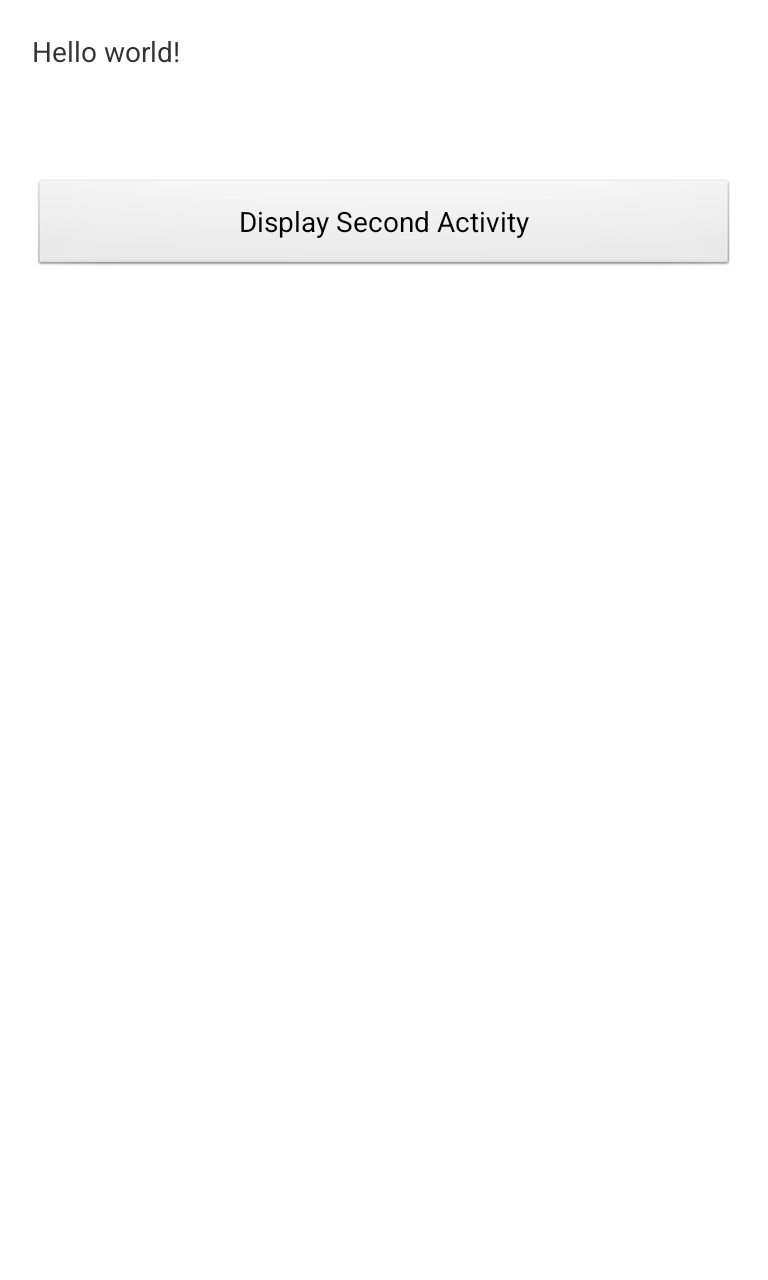
Repository: ApplucoJason/AndroidTest
Layout: MyFirstApp/res/layout/activity_main.xml
These files come from the project's save history. The layout is drawn as it stood at one moment and after the next save; the edit follows.
It is drawn on a 768 x 1280 px phone screen (xhdpi) without system bars, with theme AppTheme; the app's code is not run.

Above is the layout before, as saved 2013-09-04 13:19:29.

After the next save:
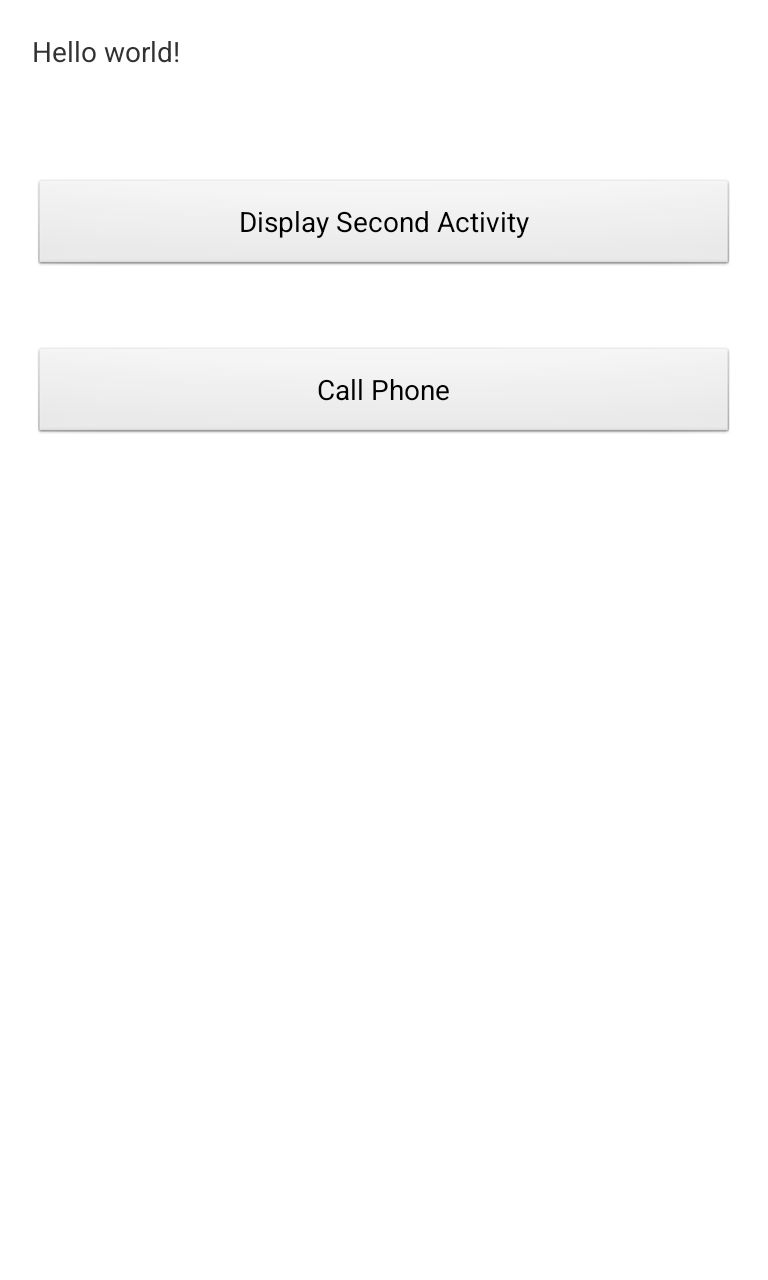
Saved 2 min 23 s later.
--- a/MyFirstApp/res/layout/activity_main.xml
+++ b/MyFirstApp/res/layout/activity_main.xml
@@ -25,4 +25,14 @@
         android:onClick="doActivity"
          />
 
+    <Button
+        android:id="@+id/button2"
+        android:layout_width="match_parent"
+        android:layout_height="wrap_content"
+        android:layout_alignLeft="@+id/button1"
+        android:layout_alignRight="@+id/button1"
+        android:layout_below="@+id/button1"
+        android:layout_marginTop="36dp"
+        android:text="Call Phone" />
+
 </RelativeLayout>
